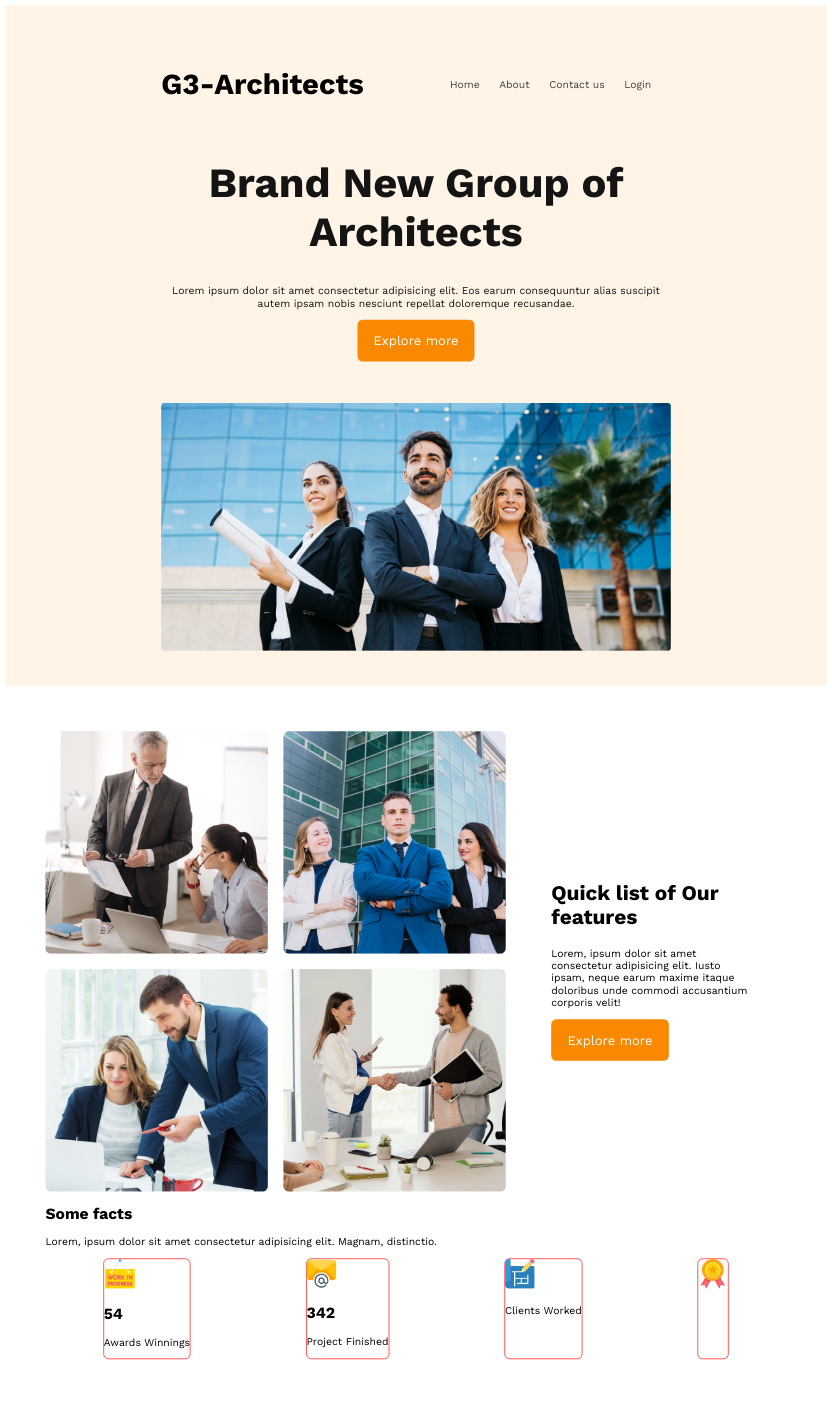
Repository: RudrasahaDibos/architects-resources
Page: index.html
An editor plug-in stored every save of this project. The page is shown before and after the next save, followed by the edit.
The browser window is 1280 px wide. The pictures show the whole page, at 65% of full size.

Above is the page before, as saved 2024-10-06 22:10:59.

### index.html
<!DOCTYPE html>
<html lang="en">
<head>
    <meta charset="UTF-8">
    <meta name="viewport" content="width=device-width, initial-scale=1.0">
    <link rel="stylesheet" href="index.css">
    <title>Responsive web side</title>
</head>
<body>
       <header>
              <nav>
                <h3 class="nav-title">G3-Architects</h3>
              <ul>
                 <li><a href="">Home</a></li>
                 <li><a href="">About</a></li>
                 <li><a href="">Contact us</a></li>
                 <li><a href="">Login</a></li>
              </ul>
              </nav>
             <div class="banner">
                <div class="banner-content">
                     <h1 class="banner-title">Brand New Group of Architects</h1>
                     <p class="banner-discription">Lorem ipsum dolor sit amet consectetur adipisicing elit. Eos earum consequuntur alias suscipit autem ipsam nobis nesciunt repellat doloremque recusandae.</p>
                     <button class="btn-banner">Explore more</button>
                </div>
                 <img src="images/banner.png" alt="">
             </div>

       </header>
       <main>
                <section class="team-container">
                        <div class="team-container-img">
                            <img src="images/team1.png" alt="">
                            <img src="images/team2.png" alt="">
                            <img src="images/team3.png" alt="">
                            <img src="images/team4.png" alt="">
                        </div>
                        <div class="team-content">
                             <h1 class="team-title">Quick list of Our features</h1>
                             <p class="team-discription">Lorem, ipsum dolor sit amet consectetur adipisicing elit. Iusto ipsam, neque earum maxime itaque doloribus unde commodi accusantium corporis velit!</p>
                             <button class="btn-banner">Explore more</button>
                            </div>

                </section>
                <!-- features -->
                 <section>

                 </section>
                 <!-- some -->
                  <section class="some-container">
                         <h1 class="some-title">Some facts</h1>
                    <p class="some-discription">Lorem, ipsum dolor sit amet consectetur
                      adipisicing elit. Magnam, distinctio.</p>
                   <div class="fact-card-container">
                          <div class="card">
                            <img src="/images/icons/customers.png" alt="">
                            <h2 class="card-start">54</h2>
                            <p class="card-title">Awards Winnings</p>
                          </div>
                          <div class="card">
                            <img src="/images/icons/email.png" alt="">
                            <h2 class="card-start">342</h2>
                            <p class="card-title">Project Finished</p>
                          </div>
                          <div class="card">
                            <img src="/images/icons/projects.png" alt="">
                            <h2 class="card-start"></h2>
                            <p class="card-title">Clients Worked</p>
                          </div>
                          <div class="card">
                            <img src="/images/icons/ribon.png" alt="">
                            <h2 class="card-start"></h2>
                            <p class="card-title"></p>
                          </div>
                  </div>
                  </section>
       </main>
       <footer>

       </footer>
</body>
</html>

### index.css
@import url('https://fonts.googleapis.com/css2?family=Work+Sans:ital,wght@0,100..900;1,100..900&display=swap');
/* shared section
 */
*{
    font-family: "Lato", sans-serif;
    font-family: "Open Sans", sans-serif;
    font-family: "Work sans", sans-serif;


}
.btn-banner{
    background-color: rgb(248, 137, 0);
    border-radius: 8px;
    font-size: 20px;
    padding: 20px 25px;
    color: #fff;
    border: 0;

}

/* header section */
header{
    background-color: rgba(255,144,14,0.10);
    padding: 50px 240px;

}
.nav-title{
    font-size: 2.8rem;
    font-weight: 700px;
}
nav{
    display: flex;
    justify-content: space-between;
    align-items: center;
}
nav >ul{
    display: flex;
}
nav li{
    list-style: none;
    margin-right: 30px;
    font-weight: 500px;
    font-size: 1rem;
}
 nav li a{
    text-decoration: none;
    color: #424242;
 }

 /* banner style */

 .banner-content{
    max-width: 800px;
    text-align: center;
    margin: 0 auto;
 }
 .banner-title{
    font-size: 4rem;
    font-weight: 700;
    color: #141414;
 }
 .banner-discription{
    color: #141414;
 }
 .banner img{
    margin-top: 4rem;
    width: 100%;
 }






 /* main  */

 main{
    max-width: 1140px;
    margin: 70px auto;

 }
 .team-container{
    display: flex;
    align-items: center;
 }
 .team-container-img{
    display: grid;
    grid-template-columns: repeat(2,1fr);
    gap: 1.5rem;
 }
 .team-content{
    margin-right: 60px  ;
    margin-left: 70px;
 }
 .team-title{
    font-size: 2.0rem;
 }

 /* some */
 .fact-card-container{
    display: flex;
    justify-content: space-around;
 }
 .fact-card-container .card{
      border-radius: 8px;
      border: 1px solid red;
 }


 /* media Quary */
 @media screen and (max-width: 576px) {
    header{
        padding: 20px;
    }
    nav, .team-container{
        flex-direction: column;
    }
    .team-container-img{
        grid-template-columns: repeat(1,1fr);
    }

 }

 @media screen and (min-width: 576px) and (max-width: 960px) {
    header{
        padding: 50px;
    }
    nav,.team-container{
        flex-direction: column;
    }
    .team-container-img{
        grid-template-columns: repeat(1,1fr);
    }
 }

After the next save:
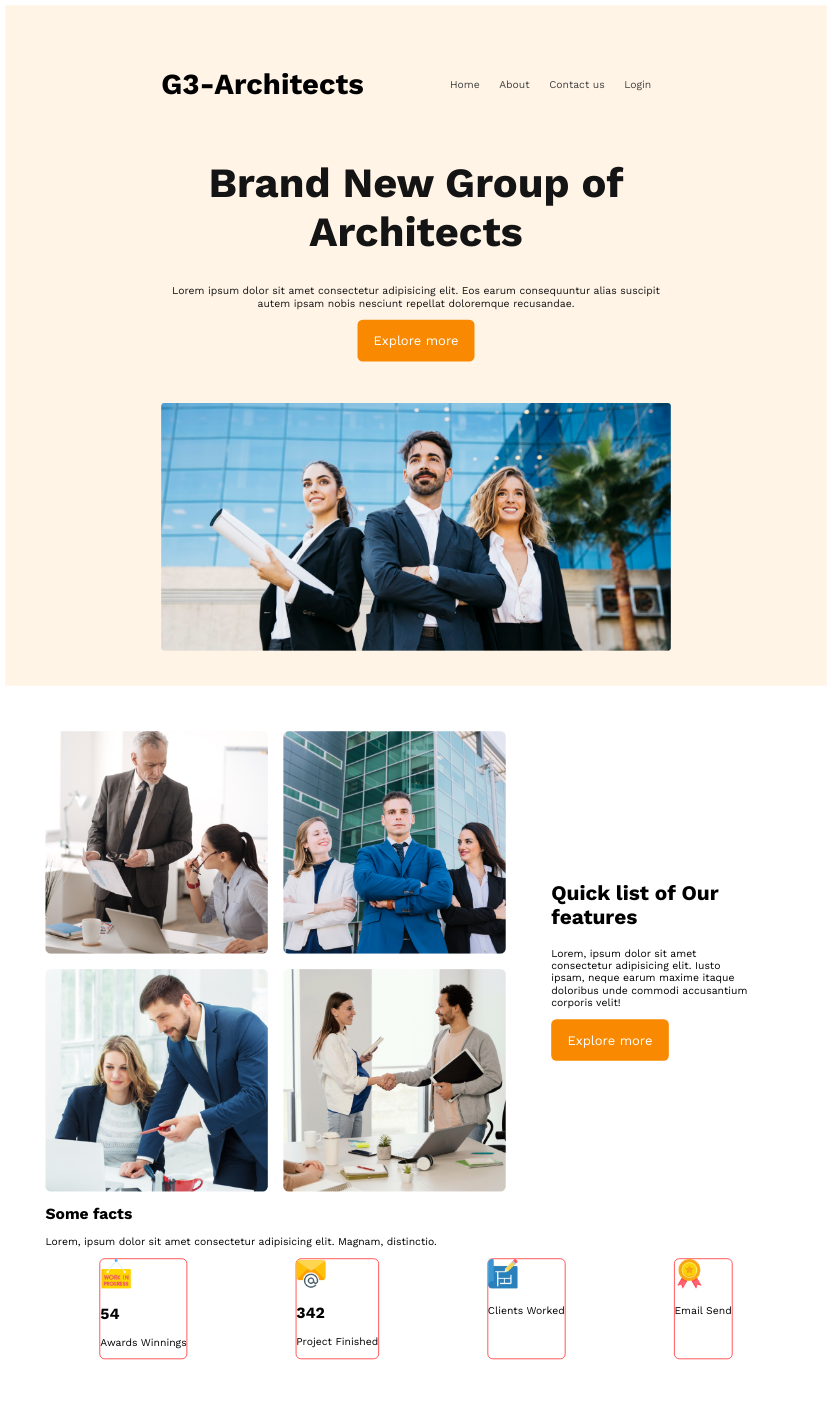
Saved 22 s later.
--- a/index.html
+++ b/index.html
@@ -70,7 +70,7 @@
                           <div class="card">
                             <img src="/images/icons/ribon.png" alt="">
                             <h2 class="card-start"></h2>
-                            <p class="card-title"></p>
+                            <p class="card-title">Email Send</p>
                           </div>
                   </div>
                   </section>
